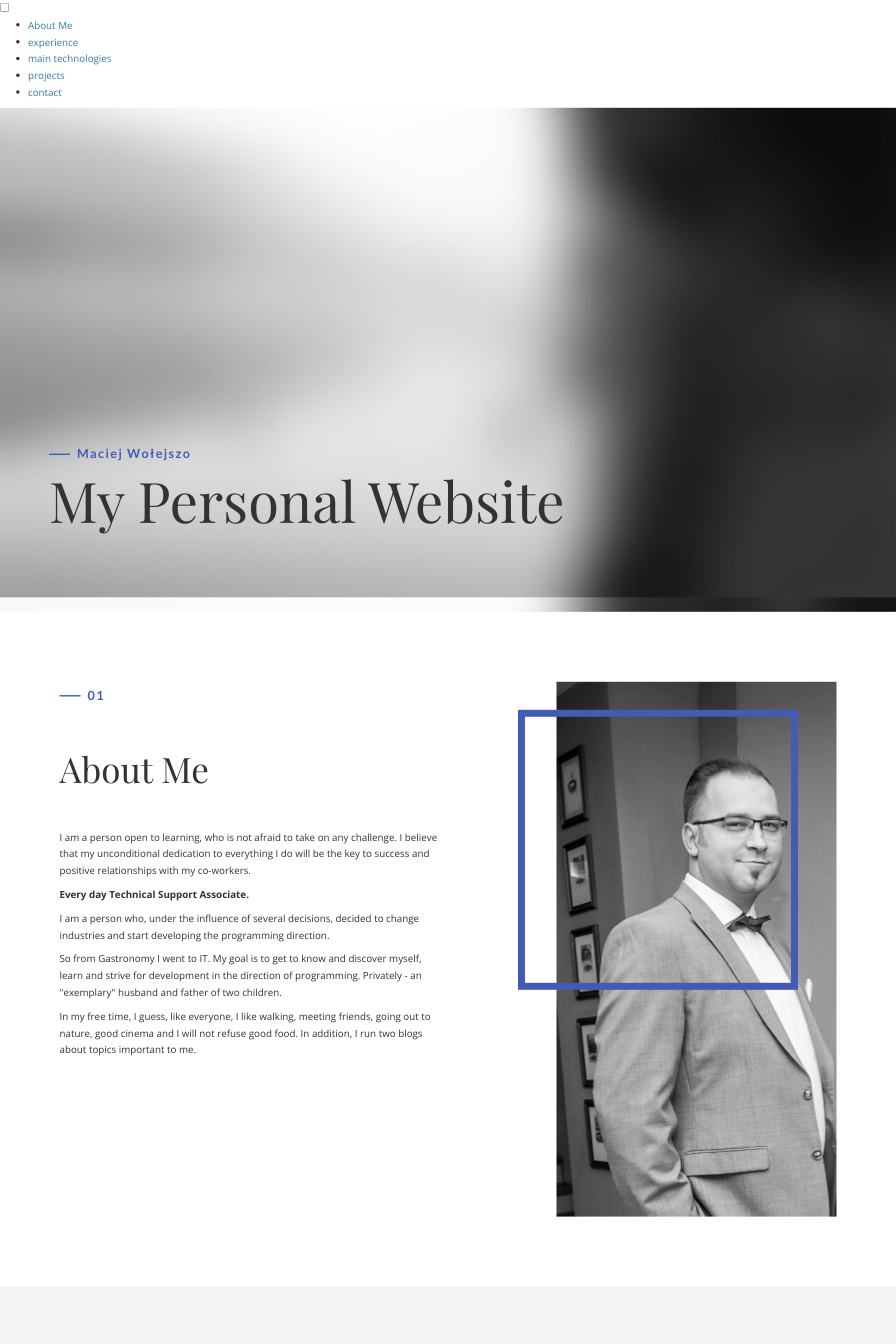
Repository: Maciej85Lodz/maciejwolejszo.pl
Page: index.html
The author's editor kept a copy of each file at every save. The page is drawn from the files as they stood at one save, then again after the next save.
The browser window is 1280 px wide. The pictures show the part of the page from y = 0 to 1920 px (the page is 6130 px tall before and 5976 px after), at 70% of full size.
Some icons come from a web library that is not loaded, so they are not drawn. Some web fonts or font styles are not loaded; a fallback is used. Some web libraries are served in a nearby version.

Above is the page before, as saved 2019-07-01 13:44:45.

### index.html
<!DOCTYPE html>
<html lang="en">

<head>
    <meta charset="utf-8">
    <meta http-equiv="X-UA-Compatible" content="IE=edge">
    <meta name="viewport" content="width=device-width, initial-scale=1">
    <title>Maciej Wołejszo</title>
    <link rel="icon" href="img/favicon.ico" type="image/x-icon">
    <!-- Bootstrap -->
    <link href="css/bootstrap.min.css" rel="stylesheet">
    <link href="ionicons/css/ionicons.min.css" rel="stylesheet">
    <link href="css/animate.min.css" rel="stylesheet">
    <link href="css/aos.css" rel="stylesheet">
    <!-- main style -->
    <link href="css/style.css" rel="stylesheet">
    <!-- techno icons -->
    <link rel="stylesheet" href="https://cdn.rawgit.com/konpa/devicon/df6431e323547add1b4cf45992913f15286456d3/devicon.min.css">
    <!-- hamburger menu -->
    <link rel="stylesheet" href="https://use.fontawesome.com/releases/v5.6.1/css/all.css">
</head>

<body>
    <!-- Preloader -->
    <div id="preloader">
        <div id="status">
            <div class="preloader" aria-busy="true" aria-label="Loading, please wait." role="progressbar"></div>
        </div>
    </div>
    <!-- ./Preloader -->
    <!-- header -->
    <div class="menu-wrap">
        <input type="checkbox" class="toggler">
        <div class="hamburger"></div>
        <div></div>
        <div class="menu">
            <div>
                <div>
                    <ul>
                        <li><a href="#about">About Me</a></li>
                        <li><a href="#experience">experience</a></li>
                        <li><a href="#technologies">main technologies</a></li>
                        <li><a href="#projects">projects</a></li>
                        <li><a href="#contact">contact</a></li>
                    </ul>
                </div>
            </div>
        </div>
    </div>
    <!-- ./header -->
    <!-- home -->
    <div class="section" id="home" data-stellar-background-ratio="0">
        <div class="container">
            <div class="disply-table">
                <div class="table-cell" data-aos="fade-up" data-aos-delay="0">
                    <h4>Maciej Wołejszo</h4>
                    <h1 class="title-home">My Personal Website</h1>
                </div>
            </div>
        </div>
    </div>
    <!-- ./home -->
    <!-- about -->
    <div class="section" id="about">
        <div class="container">
            <div class="col-md-6" data-aos="fade-up">
                <h4>01</h4>
                <h1 class="size-50"><br /> About Me</h1>
                <div class="h-50"></div>
                <p>I am a person open to learning, who is not afraid to take on any challenge. I believe that my unconditional dedication to everything I do will be the key to success and positive relationships with my co-workers. </p>
                <p><strong>Every day Technical Support Associate.</strong></p>
                <p>I am a person who, under the influence of several decisions, decided to change industries and start developing the programming direction. </p>
                <p>So from Gastronomy I went to IT. My goal is to get to know and discover myself, learn and strive for development in the direction of programming. Privately - an "exemplary" husband and father of two children. </p>
                <p>In my free time, I guess, like everyone, I like walking, meeting friends, going out to nature, good cinema and I will not refuse good food. In addition, I run two blogs about topics important to me. </p>
                <div class="h-50"></div>
            </div>
            <div class="col-md-6 about-img-div">
                <div class="about-border" data-aos="fade-up" data-aos-delay=".4"></div>
                <img src="img/aboutme.png" width="400" class="img-responsive" alt="" align="right" data-aos="fade-right" data-aos-delay=".5" />
            </div>
        </div>
    </div>
    <!-- ./about -->
    <!-- experience  -->
    <div class="section " id="experience">
        <div class="container">
            <div class="col-md-12">
                <h4>02</h4>
                <h1 class="size-50">My <br /> Experience</h1>
                <div class="h-50"></div>
            </div>
            <div class="col-md-12">
                <ul class="timeline">
                    <li class="timeline-event" data-aos="fade-up">
                        <label class="timeline-event-icon"></label>
                        <div class="timeline-event-copy">
                            <p class="timeline-event-thumbnail">March 2016 - Present</p>
                            <h3>Modis Polska / Peoplevox</h3>
                            <h4>Technical Support Associate</h4>
                            <p>
                                <strong>Key responsibilities</strong>
                                <br>
                                <p>
                                    Work for Peoplevox Limited (http://www.peoplevox.co.uk/), Solving and replying to support tickets raised by external users of an application, Analyzing root causes and identifying a resolution to production issues with an application. Helping testers
                                    write test automation scripts, Fixing simple bugs, Assisting development team with simple development and maintenance tasks with WMS application. Development and maintenance tasks with Internal management application
                                    Creating unit tests (Moq and xUnit).
                                </p>
                            </p>
                        </div>
                    </li>
                </ul>
                <ul class="timeline">
                    <li class="timeline-event" data-aos="fade-up">
                        <label class="timeline-event-icon"></label>
                        <div class="timeline-event-copy">
                            <p class="timeline-event-thumbnail">January 2015 - February 2014</p>
                            <h3>Infosys BPO</h3>
                            <h4>Business Data Analyst at Reporting Shared Services [ReSS] Transformation Team</h4>
                            <p>
                                <strong>Key responsibilities</strong>
                                <br>
                                <p>
                                    Generating and update Reports. Analyzing Reports. Transformation Reports. Support Development Team. Support of Delivery Team.
                                </p>
                            </p>
                        </div>
                    </li>
                </ul>
                <ul class="timeline">
                    <li class="timeline-event" data-aos="fade-up">
                        <label class="timeline-event-icon"></label>
                        <div class="timeline-event-copy">
                            <p class="timeline-event-thumbnail">January 2015 - February 2014</p>
                            <h3>Infosys BPO</h3>
                            <h4>Process Executive at Sourcing & Procurement department</h4>
                            <p>
                                <strong>Key responsibilities</strong>
                                <br>
                                <p>
                                    Purchasing Executive for Philips Netherlands region, Generate and update request in SAP/ SRM system, Create and update Internal Order, Purchasing Order and Cost Center in SAP, Close cooperation and daily contact with Requestor, Support and help in solving
                                    problems and the implementation of urgent notifications, Support other Department buying Philips Netherlands region, Participation in meetings, training sessions and Conference calls with Philips S&P Process Management
                                </p>
                        </div>
                    </li>
                </ul>
                <ul class="timeline">
                    <li class="timeline-event" data-aos="fade-up">
                        <label class="timeline-event-icon"></label>
                        <div class="timeline-event-copy">
                            <p class="timeline-event-thumbnail">August 2012 - January 2014</p>
                            <h3>Staffline Group</h3>
                            <h4>SAP Produkt operative</h4>
                            <p>
                                <strong>Key responsibilities</strong>
                                <br>
                                <p>
                                    Supporting storage processes of products, Relocation of products between departments, Control and review of stock list, Creating the inventory documentation and quality, Producing and verifying shift reports.
                                </p>
                        </div>
                    </li>
                </ul>
                <ul class="timeline">
                    <li class="timeline-event" data-aos="fade-up">
                        <label class="timeline-event-icon"></label>
                        <div class="timeline-event-copy">
                            <p class="timeline-event-thumbnail">November 2009 - December 2010</p>
                            <h3>Fornetti Poland</h3>
                            <h4>Area Sales Manager</h4>
                            <p>
                                <strong>Key responsibilities</strong>
                                <br>
                                <p>
                                    Being responsible for the corporate branch functioning, Handling cost and sales control, Creation of customer service standards, Handling employee training and managing recruitment processes, Cooperation with franchising partners, Leading business negotiations,
                                    Creation of P&L and sales reports
                                </p>
                            </p>
                        </div>
                    </li>
                </ul>
            </div>
        </div>
    </div>
    <!-- ./experience -->
    <!-- technologies -->
    <div class="section " id="technologies">
        <div class="container ">
            <div class="col-md-6 ">
                <h4>03</h4>
                <h1 class="size-50 ">Main <br /> Technologies</h1>
                <br />
                <div>
                    <tr>
                        <td>
                            <span class="size-80">
                        <i class="devicon-csharp-plain colored"></i>
                        <div class="progress beltsize">
                            <div class="progress-bar progress-bar-striped active" role="progressbar" aria-valuenow="5"
                                 aria-valuemin="0" aria-valuemax="10" style="width:60%">
                                Intermediate
                            </div>
                        </div>
                    </span>
                        </td>
                        <td>
                            <span class="size-80">
                    <i class="devicon-dot-net-plain-wordmark colored"></i>
                    <div class="progress beltsize ">
                        <div class="progress-bar progress-bar-striped active" role="progressbar" aria-valuenow="5"
                                aria-valuemin="0" aria-valuemax="10" style="width:60%">
                            Intermediate
                        </div>
                    </div>
                    </span>
                        </td>
                        <td>
                            <span class="size-80">
                    <i class="devicon-javascript-plain colored"></i>
                    <div class="progress beltsize">
                        <div class="progress-bar progress-bar-striped active" role="progressbar" aria-valuenow="5 "
                                aria-valuemin="0" aria-valuemax="10" style="width:60%">
                            Beginner
                        </div>
                    </div>
                    </span>
                        </td>
                        <td>
                            <span class="size-80">
                        <i class="devicon-html5-plain-wordmark colored"></i>
                        <div class="progress beltsize">
                            <div class="progress-bar progress-bar-striped active" role="progressbar" aria-valuenow="5"
                                 aria-valuemin="0" aria-valuemax="10" style="width:60%">
                                Beginner
                            </div>
                        </div>
                    </span>
                        </td>
                        <td>
                            <span class="size-80">
                        <i class="devicon-css3-plain-wordmark colored"></i>
                        <div class="progress beltsize">
                            <div class="progress-bar progress-bar-striped active" role="progressbar" aria-valuenow="5"
                                 aria-valuemin="0" aria-valuemax="10" style="width:60%">
                                Beginner
                            </div>
                        </div>
                    </span>
                        </td>
                    </tr>
                </div>
            </div>
        </div>
    </div>
    <!-- ./technologies -->
    <!-- projects -->
    <div class="section" id="projects">
        <div class="container">
            <div class="col-md-12">
                <h4>04</h4>
                <h1 class="size-50">My <br /> Projects</h1>
            </div>
            <!-- main container -->
            <div class="main-container portfolio-inner clearfix">
                <!-- portfolio div -->
                <div class="portfolio-div">
                    <div class="portfolio">
                        <!-- portfolio_filter -->
                        <div class="categories-grid wow fadeInLeft">
                            <nav class="categories">
                                <ul class="portfolio_filter">
                                    <li>
                                        <a href=" " class="active" data-filter="*">All</a>
                                        <p>TBC</p>
                                    </li>
                                    <li>
                                        <a href=" " data-filter=".photography">Aplications</a>
                                        <p>TBC</p>
                                    </li>
                                </ul>
                            </nav>
                        </div>
                        <!-- portfolio_filter -->
                        <!-- portfolio_container -->
                        <div class="no-padding portfolio_container clearfix" data-aos="fade-up">
                            <!-- end portfolio_container -->
                        </div>
                        <!-- portfolio -->
                    </div>
                    <!-- end portfolio div -->
                </div>
                <!-- end main container -->
            </div>
        </div>
        <!-- ./projects -->
        <!-- contact -->
        <div class="section" id="contact">
            <div class="container">
                <div class="col-md-12">
                    <h4>05</h4>
                    <h1 class="size-50">Contact Me</h1>
                    <div class="h-50"></div>
                </div>
                <div class="col-md-4" data-aos="fade-up">

                    <h3>Email</h3>
                    <p>contact@maciejwolejszo.pl</p>

                    <h3>Social Network</h3>

                    <ul class="social">
                        <li><a href="# "><i class="ion-social-facebook"></i></a></li>
                        <li><a href="# "><i class="ion-social-twitter"></i></a></li>
                        <li><a href="# "><i class="ion-social-instagram"></i></a></li>
                        <li><a href="# "><i class="ion-social-dribbble"></i></a></li>
                    </ul>
                    <div class="clearfix"></div>
                    <div class="h-50"></div>
                </div>
                <div class="col-md-8" data-aos="fade-up">
                    <form class="contact-bg" id="contact-form" name="contact" action="https://formspree.io/contact@maciejwolejszo.pl" method="POST" novalidate="novalidate">
                        <input type="text" name="name" class="form-control" placeholder="Your Name " />
                        <input type="email" name="email" class="form-control" placeholder="Your E-mail" />
                        <input type="text" name="phone" class="form-control" placeholder="Phone Number" />
                        <textarea name="message" class="form-control" placeholder="Your Message" style="height:120px"></textarea>
                        <button id="submit" type="submit" name="submit">Send</button>
                        <div id="success">
                            <p class="green textcenter"> Your message was sent successfully! I will be in touch as soon as I can. </p>
                        </div>
                        <div id="error">
                            <p> Something went wrong, try refreshing and submitting the form again. </p>
                        </div>
                    </form>
                </div>
            </div>
        </div>
        <!-- footer-->
        <footer>
            <div class="footer">
                <p>All rights reserved - &copy; <span id="year"></span> || powered by csharpowezmagania.pl</p>
                <p>Created with Love in Łódź.</p>
            </div>
        </footer>
        <!-- end foter-->
        <!-- ./contact -->
    </div>


    <!-- jQuery -->
    <script src="js/jquery.js"></script>
    <!--  plugins  -->
    <script src="js/bootstrap.min.js"></script>
    <script src="js/plugins.js"></script>
    <script src="js/aos.js"></script>
    <!--<script src="js/jquery.form.js"></script>-->
    <script src="js/jquery.validate.min.js"></script>

    <!--  main script  -->
    <script src="js/custom.js"></script>
</body>

</html>

### css/menu.css
/* hamburger menu
===========================================================================*/

.menu-wrap {
    position: fixed;
    top: 0;
    left: 0;
    z-index: 1;
}

.menu-wrap .toggler {
    position: relative;
    top: 0;
    left: 0;
    z-index: 2;
    cursor: pointer;
    width: 50px;
    height: 50px;
    opacity: 0;
}

.menu-wrap .hamburger {
    position: absolute;
    top: 0;
    left: 0;
    z-index: 1;
    width: 60px;
    height: 60px;
    padding: 1rem;
    display: flex;
    align-items: center;
    justify-content: center;
}


/* hamburger line
===========================================================================*/


/* Hamburger Lines - Top & Bottom */

.menu-wrap .hamburger>div::before,
.menu-wrap .hamburger>div::after {
    content: '';
    position: absolute;
    z-index: 1;
    top: -10px;
    width: 100%;
    height: 2px;
    background: inherit;
}


/* Moves Line Down */

.menu-wrap .hamburger>div::after {
    top: 10px;
}


/* Toggler Animation */

.menu-wrap .toggler:checked+.hamburger>div {
    transform: rotate(135deg);
}


/* Turns Lines Into X */

.menu-wrap .toggler:checked+.hamburger>div:before,
.menu-wrap .toggler:checked+.hamburger>div:after {
    top: 0;
    transform: rotate(90deg);
}


/* Rotate On Hover When Checked */

.menu-wrap .toggler:checked:hover+.hamburger>div {
    transform: rotate(225deg);
}


/* Show Menu */

.menu-wrap .toggler:checked~.menu {
    visibility: visible;
}

.menu-wrap .toggler:checked~.menu>div {
    transform: scale(1);
    transition-duration: var(--menu-speed);
}

.menu-wrap .toggler:checked~.menu>div>div {
    opacity: 1;
    transition: opacity 0.4s ease 0.4s;
}

.menu-wrap .menu {
    position: fixed;
    top: 0;
    left: 0;
    width: 100%;
    height: 100%;
    visibility: hidden;
    overflow: hidden;
    display: flex;
    align-items: center;
    justify-content: center;
}

.menu-wrap .menu>div {
    background: var(--overlay-color);
    border-radius: 50%;
    width: 200vw;
    height: 200vw;
    display: flex;
    flex: none;
    align-items: center;
    justify-content: center;
    transform: scale(0);
    transition: all 0.4s ease;
}

.menu-wrap .menu>div>div {
    text-align: center;
    max-width: 90vw;
    max-height: 100vh;
    opacity: 0;
    transition: opacity 0.4s ease;
}

.menu-wrap .menu>div>div>ul>li {
    list-style: none;
    color: #fff;
    font-size: 1.5rem;
    padding: 1rem;
}

.menu-wrap .menu>div>div>ul>li>a {
    color: inherit;
    text-decoration: none;
    transition: color 0.4s ease;
}

Loaded but not shown: css/bootstrap.min.css (library); ionicons/css/ionicons.min.css (library); css/animate.min.css (library); css/aos.css (library); js/jquery.js (library); js/bootstrap.min.js (library); js/plugins.js (library); js/aos.js (library); js/jquery.validate.min.js (library); js/custom.js (165 lines, source omitted); css/style.css (821 lines, source omitted)

After the next save:
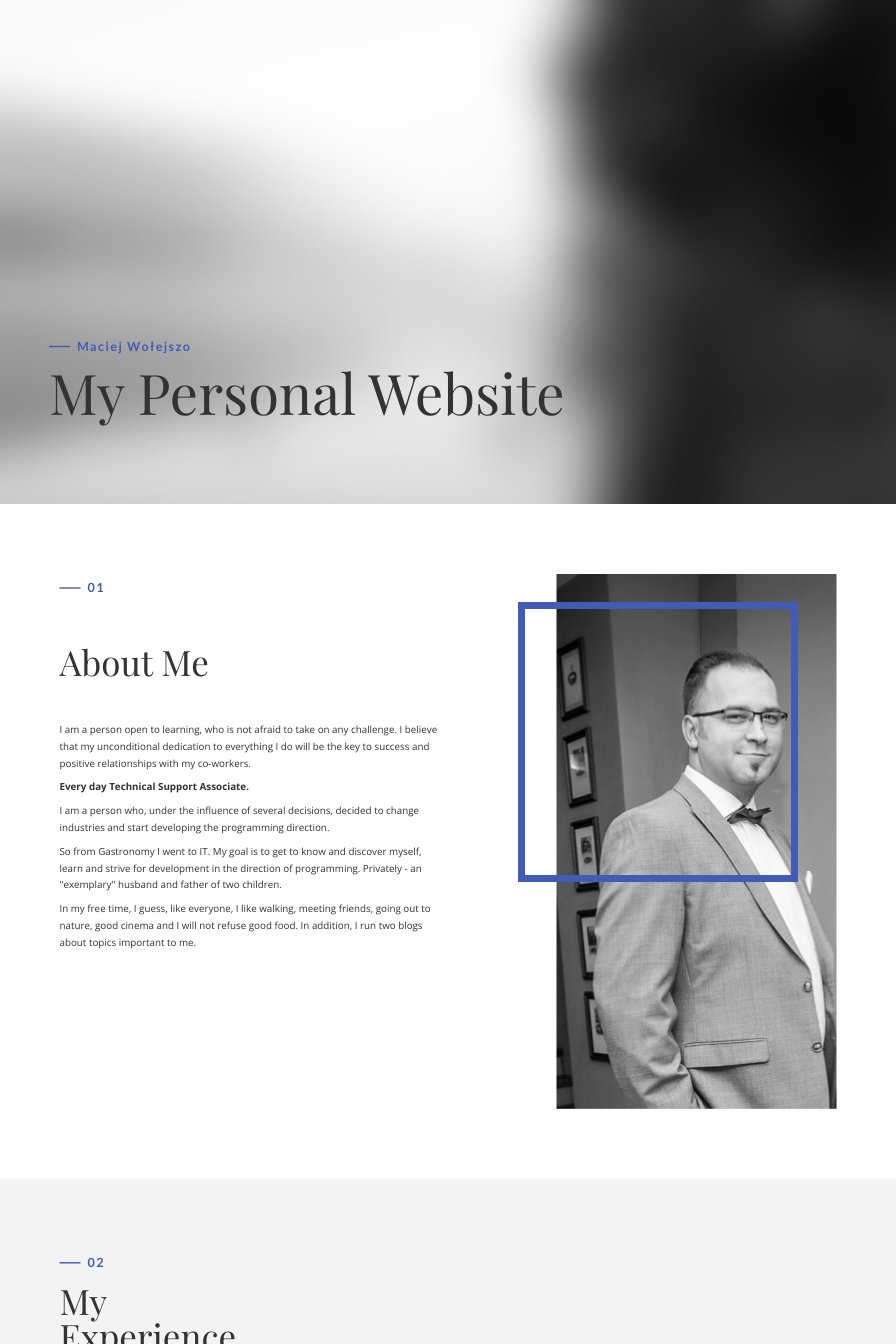
Saved 29 s later.
--- a/index.html
+++ b/index.html
@@ -18,6 +18,7 @@
     <link rel="stylesheet" href="https://cdn.rawgit.com/konpa/devicon/df6431e323547add1b4cf45992913f15286456d3/devicon.min.css">
     <!-- hamburger menu -->
     <link rel="stylesheet" href="https://use.fontawesome.com/releases/v5.6.1/css/all.css">
+    <link rel="stylesheet" href="css/menu.css">
 </head>
 
 <body>
